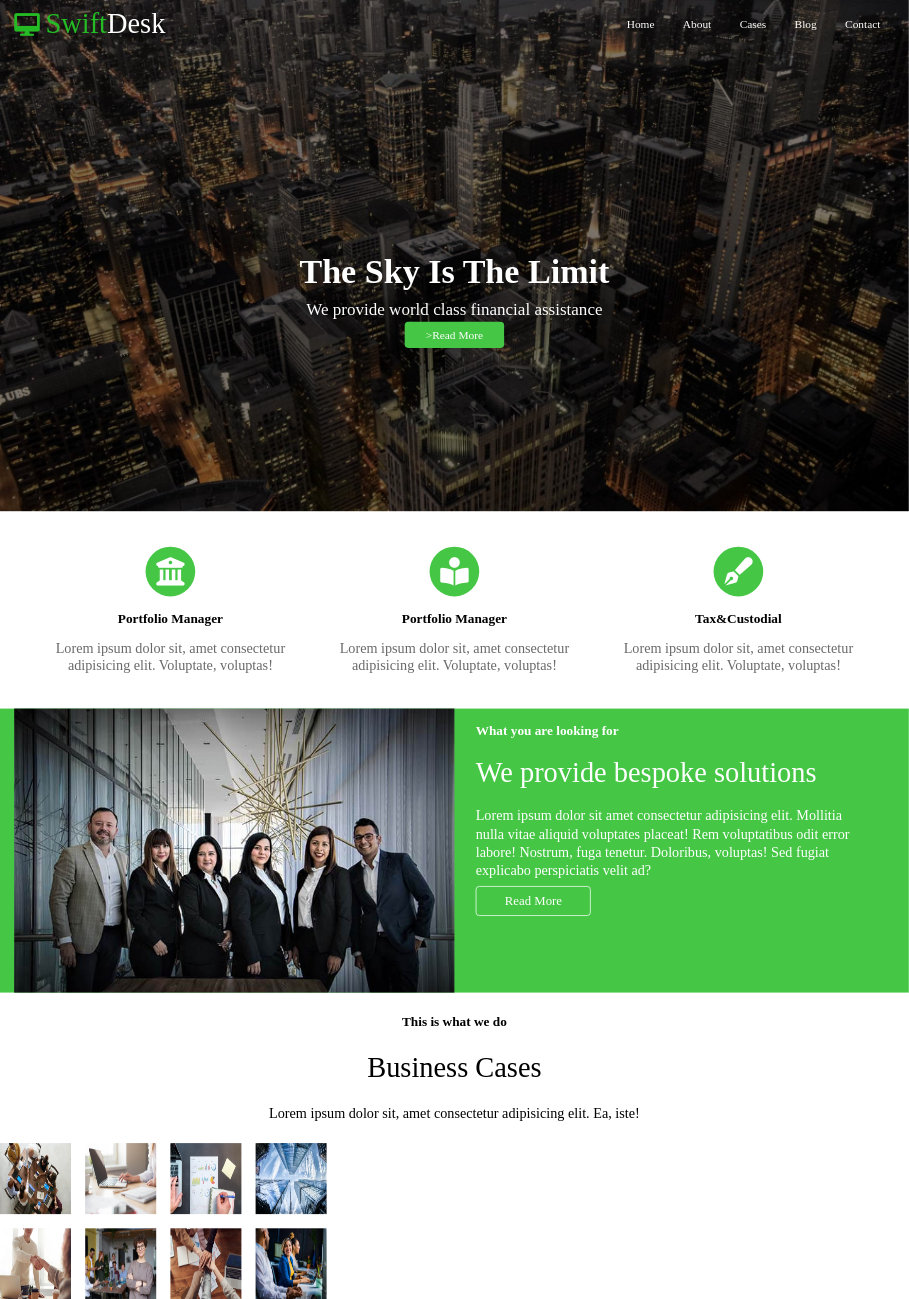
Repository: reemoon-ctrl/swiftdisk-Website-Flexbox
Page: index.html
An editor plug-in stored every save of this project. The page is shown before and after the next save, followed by the edit.
The browser window is 1280 px wide. The pictures show the whole page, at 71% of full size.

Above is the page before, as saved 2024-07-27 09:34:54.

### index.html
<!DOCTYPE html>
<html lang="en">
<head>
    <meta charset="UTF-8">
    <meta name="viewport" content="width=device-width, initial-scale=1.0">
    <title>
        Swift Desk
    </title>
    <link rel="stylesheet" href="https://cdnjs.cloudflare.com/ajax/libs/font-awesome/6.0.0-beta3/css/all.min.css">

    <link rel="stylesheet" href="index.css">
</head>
<body>
    <div class="show-case">
        <header>
            <div class="nav-bar">
                <div class="title-bar">
                    <i class="fas fa-desktop fa-2x" style="color: rgb(37, 187, 37)"></i>
                    <h1 class="title"><span class="fword"> Swift</span>Desk</h1>
                </div>
                <div class="link-bar">
                    <a href="">Home</a>
                    <a href="#about">About</a>
                    <a href="">Cases</a>
                    <a href="">Blog</a>
                    <a href="">Contact</a>
                </div>
            </div>
        </header>
        <header class="hd-content">
            <h1>The Sky Is The Limit</h1>
            <p>We provide world class financial assistance
            </p>
            <a href="">>Read More</a>

        </header>

    </div>
    <main>
        <div class="about-section">
            <ul id="about"class="about-srvice" >
                <li><i class="fas fa-university " ></i>
                    <h3>Portfolio Manager</h3>
                    <p>Lorem ipsum dolor sit, amet consectetur adipisicing elit. Voluptate, voluptas!</p>
                </li>
                <li><i class="fas fa-book-open-reader " ></i>
                    <h3>Portfolio Manager</h3>
                    <p>Lorem ipsum dolor sit, amet consectetur adipisicing elit. Voluptate, voluptas!</p></li>
                <li><i class="fas fa-pen-fancy " ></i>
                    <h3>Tax&Custodial</h3>
                    <p>Lorem ipsum dolor sit, amet consectetur adipisicing elit. Voluptate, voluptas!</p></li>
            </ul>
        </div>
        <div>
            <div class="solutions">
                <div class="img"></div>
                <div class="solution-content">
                    <h3>What you are looking for</h3>
                    <h2>We provide bespoke solutions</h2>
                    <p>Lorem ipsum dolor sit amet consectetur
                        adipisicing elit. Mollitia nulla vitae aliquid voluptates placeat! Rem voluptatibus odit error labore! Nostrum, fuga tenetur. Doloribus, voluptas! Sed
                        fugiat explicabo perspiciatis velit ad?</p>
                    <a href="index.html">Read More</a>
                 </div>
            </div>
        </div>
        <div class="Business-case">
            <div class="Business-case-content">
                <h3>This is what we do</h3>
                <h2>Business Cases</h2>
                <p>Lorem ipsum dolor sit, amet consectetur
                     adipisicing elit. Ea, iste!</p>
            </div>
            <div class="BC-image">
                <img class="BCimg BCimg1" src="/img/cases/cases1.jpg" alt="">
                <img  class="BCimg BCimg2" src="/img/cases/cases2.jpg" alt="">
                <img class="BCimg BCimg3" src="/img/cases/cases3.jpg" alt="">
                <img class="BCimg BCimg4" src="/img/cases/cases4.jpg" alt="">
                <img class="BCimg BCimg5" src="/img/cases/cases5.jpg" alt="">
                <img class="BCimg BCimg6" src="/img/cases/cases6.jpg" alt="">
                <img class="BCimg BCimg7" src="/img/cases/cases7.jpg" alt="">
                <img class="BCimg BCimg8" src="/img/cases/cases8.jpg" alt="">
            </div>
        </div>

    </main>


</body>
</html>

### index.css
*{
    box-sizing: border-box;
    margin: 0;
    padding: 0;
}
body{

}
.nav-bar{
    display: flex;
    justify-content:space-between ;
    padding: 10px 20px;
    color:#fff;




}
.title-bar{
    align-items: center;
    flex-grow: 1;
    display: flex;
    gap:.5rem;


}
.title-bar h1{
    display:inline-block;
    font-size:2.5rem;
    font-weight: 400;
}

.link-bar{

    /* flex-grow:1 ; */
    align-self: center;
    display: flex;
}
.link-bar a{
    padding: 10px 20px;
    color:#fff;
    text-decoration: none;


}
.link-bar a:hover{
    border-bottom: 1px #25bb25 solid;
}
.fword{
    color:#25bb25;
}
.show-case{
   height:100vh;
   text-align: center;
   color:#fff;

   background:  url('img/home/showcase.jpg') no-repeat center center/cover ;
}
.hd-content{
    padding-top: 18rem;
}
.hd-content h1{
    font-size: 3rem;
}
.hd-content p{
    font-size: 1.5rem;
    padding-top: .8rem;
    padding-bottom: .8rem;
}
.hd-content a{
    color: #fff;
    background:#45c745 ;
    padding: 10px 30px;
    border-radius: 5px;
    text-decoration: none;
    text-align: center;
}
.about-section ul{
    display: flex;
    list-style: none;
    gap: 20px;

}
.about-srvice{
    padding: 50px ;
}
.about-srvice li{
    text-align: center;
}
.about-srvice li i{
    background-color: rgb(69, 199, 69);
    color:#fff;
    width:70px;
    height: 70px;
    border-radius: 70px;
    font-size: 40px;
    padding-top:15px ;


}
.about-srvice li h3{
    padding-top: 20px;
}
.about-srvice li p{
    padding-top: 20px;
    font-size: 20px;
    color: dimgrey;
}

.solutions{
    display:flex;
    background: #45c745;
    padding-left: 20px;
    padding-right: 20px;
}
.img{
    width:50%;
    background: url('/img/home/people.jpg') center center/cover no-repeat;

}
.solution-content{
    color:#fff;
    padding:20px 30px;
}
.solution-content{
    height:25rem;
    width: 50%;
}
.solution-content h2{
    font-size: 40px;
    font-weight: 500;
    padding: 1.5rem 0px;
}
.solution-content p{
    font-size: 20px;
    line-height: 1.3;
    margin-bottom: 20px;
}
.solution-content a{
    padding: 10px 40px;
    border: 1px solid;
    color:#fff;
    text-decoration: none;
    border-radius: 5px;
    font-size: 18px;

}
.Business-case{
    width: 100vw;
}
.Business-case-content{
    text-align: center;
}
.Business-case-content h3{
    padding: 30px 0px;
}
.Business-case-content h2{
   padding-bottom: 30px;
    font-size: 40px;
    font-weight: 500;
}
.Business-case-content p{
    padding-bottom: 30px;
    font-size: 20px;
}
.BC-image{
    display: grid;
    grid-template-columns:100px 100px 100px 100px ;
   gap: 20px;
}
.BCimg{
    width: 100px;
    height:100px;

}

After the next save:
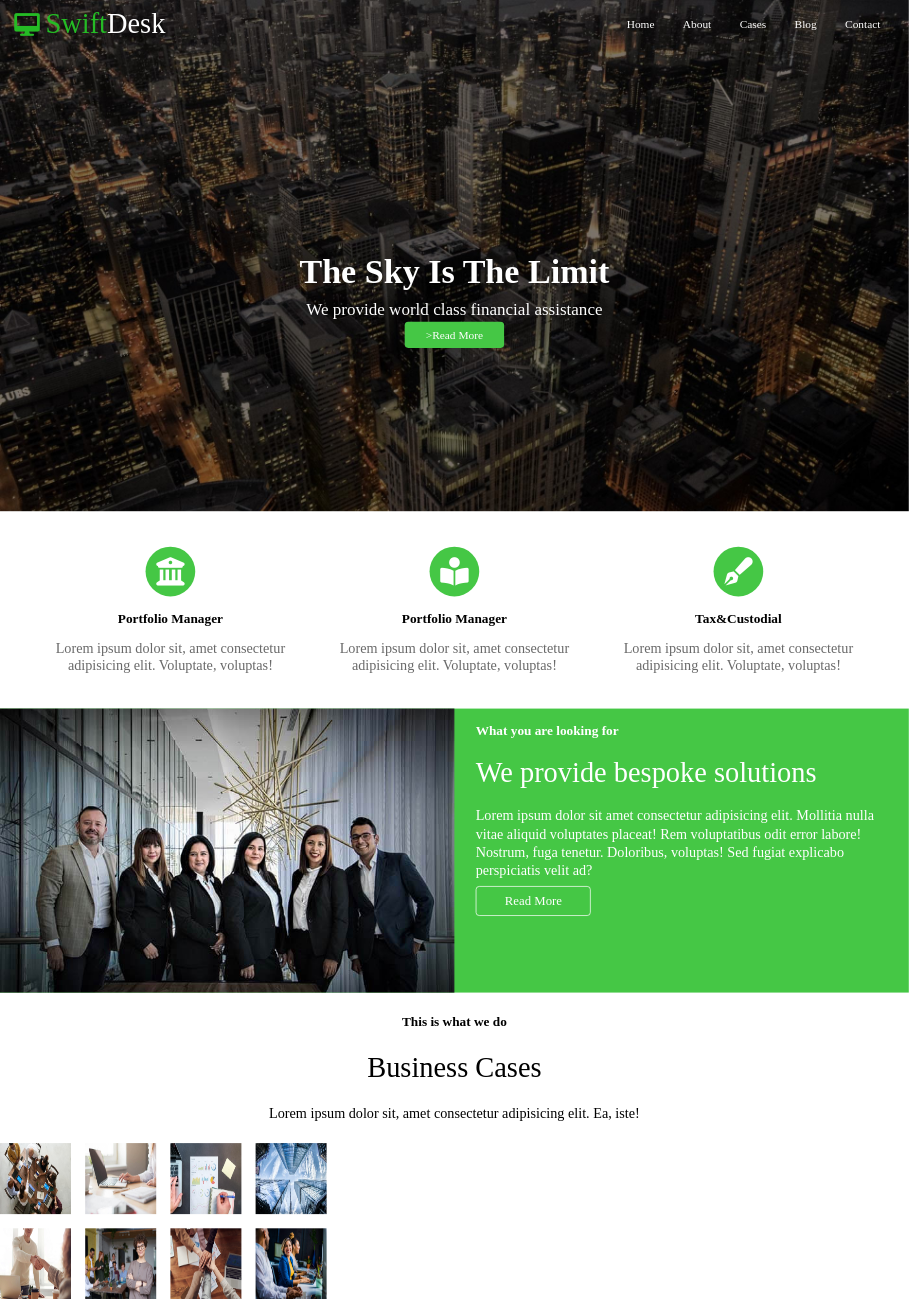
Saved 12 s later.
--- a/index.css
+++ b/index.css
@@ -110,8 +110,7 @@ body{
 .solutions{
     display:flex;
     background: #45c745;
-    padding-left: 20px;
-    padding-right: 20px;
+
 }
 .img{
     width:50%;
